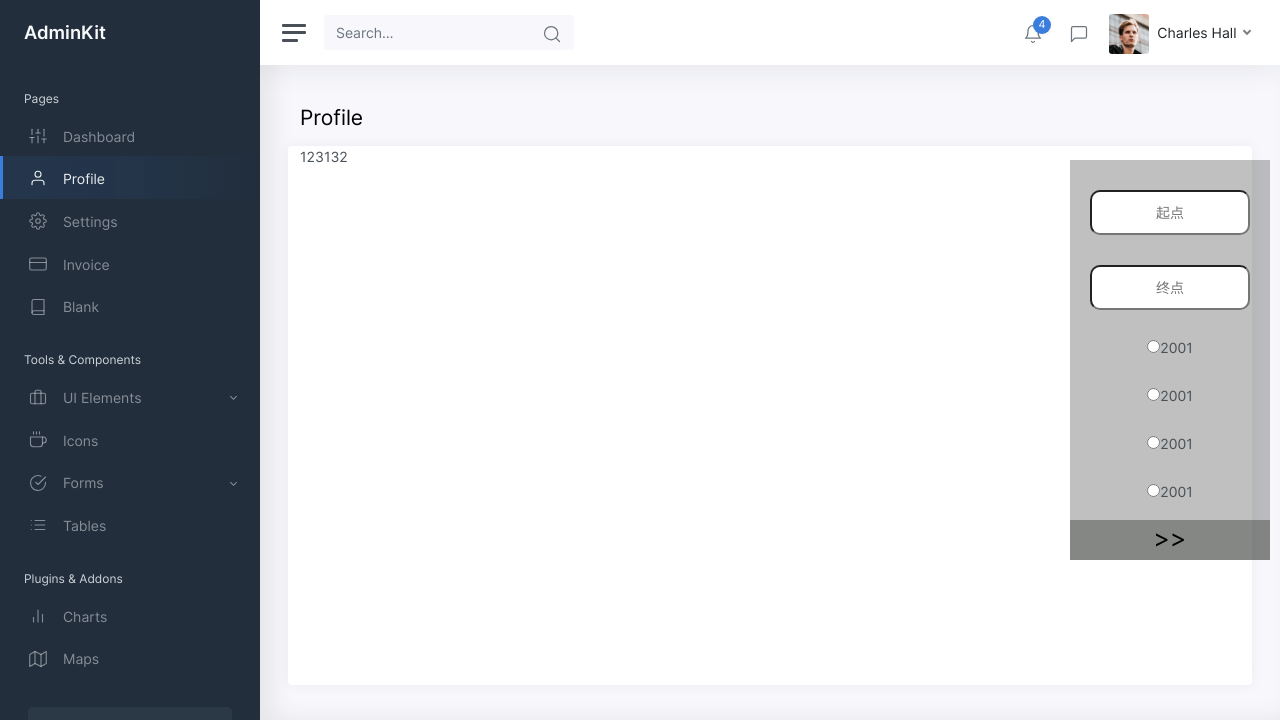
Repository: yuwei0922/WHURS-WGIS
Page: final_project/pages-profile.html
The author's editor kept a copy of each file at every save. The page is drawn from the files as they stood at one save, then again after the next save.
The browser window is 1280 px wide. The pictures show the whole page.

Above is the page before, as saved 2022-12-21 21:31:19.
Not found: final_project/js/vendor.js

After the next save:
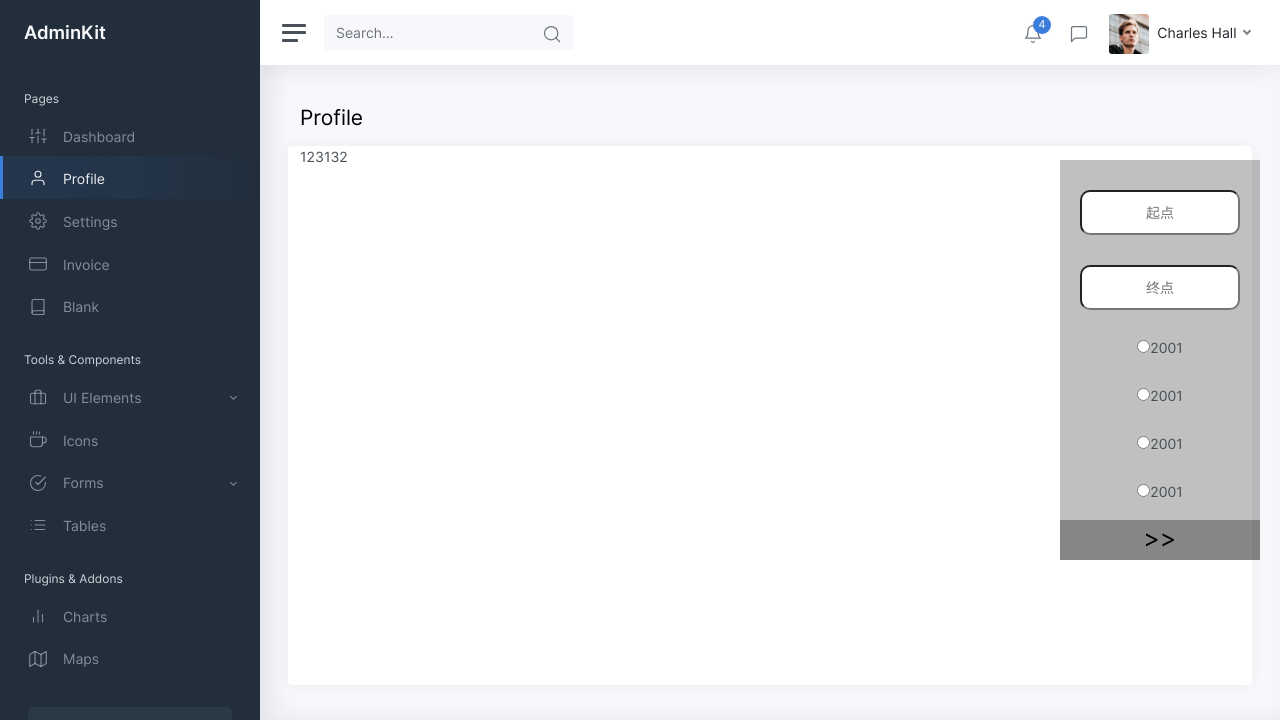
Saved 13 s later.
--- a/final_project/css/content.css
+++ b/final_project/css/content.css
@@ -10,7 +10,7 @@
     position: absolute;
     height: 400px;
     top: 50%;
-    right: 10px;
+    right: 20px;
     transform: translateY(-50%);
     background-color:rgba(45,48,43,0.3) ;
     text-align: center;
